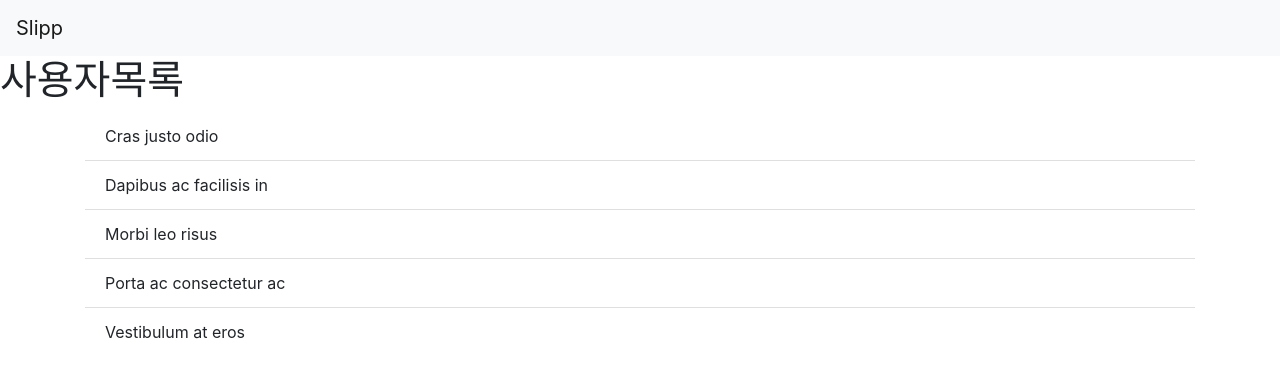
Repository: moonseoklee/SpringbootEx2
Page: my-slipp/src/main/resources/static/list.html
An editor plug-in stored every save of this project. The page is shown before and after the next save, followed by the edit.
The browser window is 1280 px wide. The pictures show the whole page.

Above is the page before, as saved 2019-08-08 07:34:46.

### my-slipp/src/main/resources/static/list.html
<!doctype html>
<html lang="en">
  <head>
    <!-- Required meta tags -->
    <meta charset="utf-8">
    <meta name="viewport" content="width=device-width, initial-scale=1, shrink-to-fit=no">

    <!-- Bootstrap CSS -->
    <link rel="stylesheet" href="https://stackpath.bootstrapcdn.com/bootstrap/4.3.1/css/bootstrap.min.css" integrity="sha384-ggOyR0iXCbMQv3Xipma34MD+dH/1fQ784/j6cY/iJTQUOhcWr7x9JvoRxT2MZw1T" crossorigin="anonymous">

    <title>Hello, world!</title>
  </head>
  <body>
  <nav class="navbar navbar-expand-lg navbar-light bg-light">
	  <a class="navbar-brand" href="#">Slipp</a>


  </nav>
    <h1>사용자목록</h1>
    <div class="container">
	<form>


  <ul class="list-group list-group-flush">
  <li class="list-group-item">Cras justo odio</li>
  <li class="list-group-item">Dapibus ac facilisis in</li>
  <li class="list-group-item">Morbi leo risus</li>
  <li class="list-group-item">Porta ac consectetur ac</li>
  <li class="list-group-item">Vestibulum at eros</li>
</ul>
</form>
</div>
    <!-- Optional JavaScript -->
    <!-- jQuery first, then Popper.js, then Bootstrap JS -->
    <script src="https://code.jquery.com/jquery-3.3.1.slim.min.js" integrity="sha384-q8i/X+965DzO0rT7abK41JStQIAqVgRVzpbzo5smXKp4YfRvH+8abtTE1Pi6jizo" crossorigin="anonymous"></script>
    <script src="https://cdnjs.cloudflare.com/ajax/libs/popper.js/1.14.7/umd/popper.min.js" integrity="sha384-UO2eT0CpHqdSJQ6hJty5KVphtPhzWj9WO1clHTMGa3JDZwrnQq4sF86dIHNDz0W1" crossorigin="anonymous"></script>
    <script src="https://stackpath.bootstrapcdn.com/bootstrap/4.3.1/js/bootstrap.min.js" integrity="sha384-JjSmVgyd0p3pXB1rRibZUAYoIIy6OrQ6VrjIEaFf/nJGzIxFDsf4x0xIM+B07jRM" crossorigin="anonymous"></script>
  </body>
</html>

After the next save:
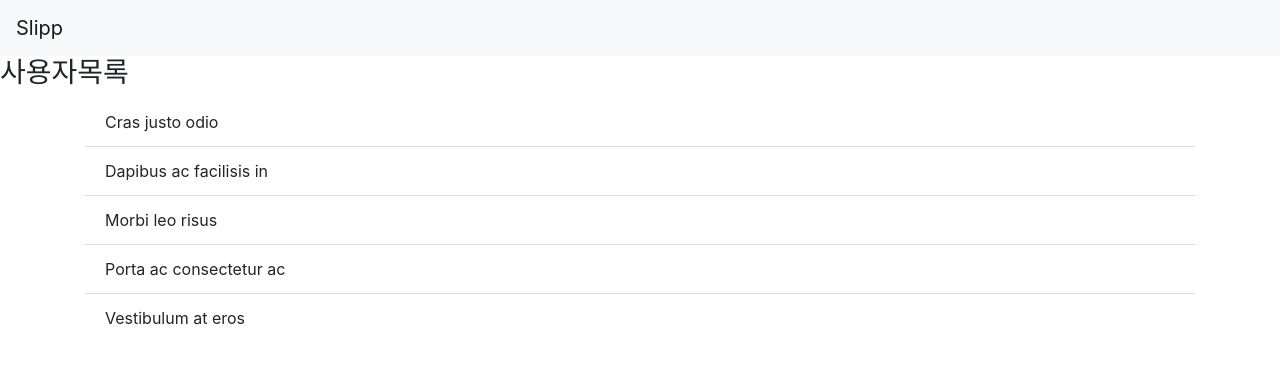
Saved 7 s later.
--- a/my-slipp/src/main/resources/static/list.html
+++ b/my-slipp/src/main/resources/static/list.html
@@ -16,7 +16,7 @@
 
 
   </nav>
-    <h1>사용자목록</h1>
+    <h3>사용자목록</h3>
     <div class="container">
 	<form>
 
